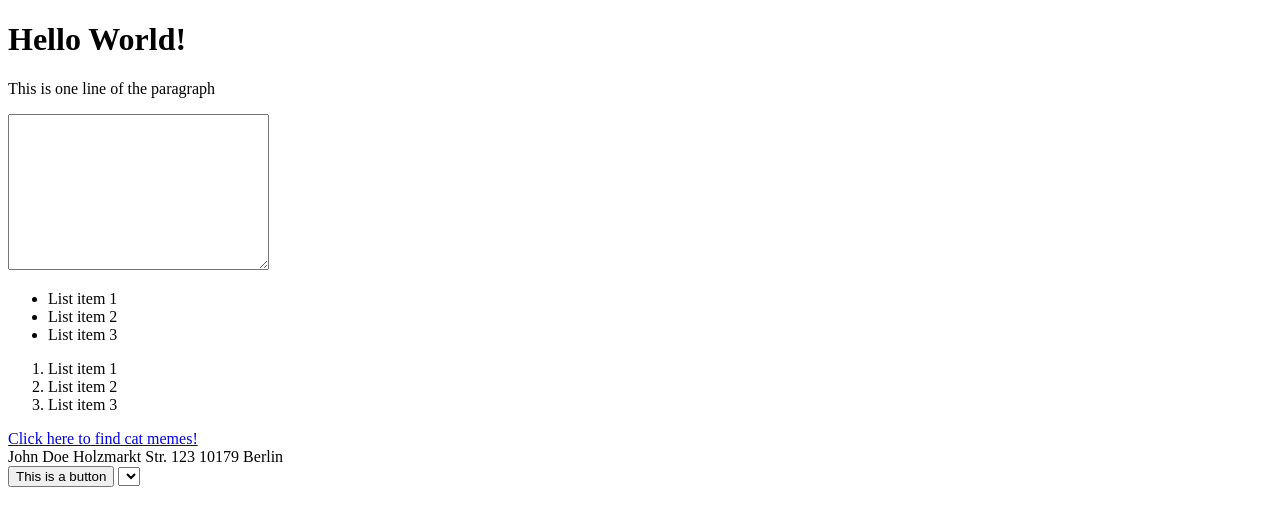
Repository: evemcd/udemy_javascript
Page: complete-javascript-course-master/02-Fundamentals-Part-2/starter/careerfoundry/index.html
An editor plug-in stored every save of this project. The page is shown before and after the next save, followed by the edit.
The browser window is 1280 px wide. The pictures show the whole page.

Above is the page before, as saved 2022-04-20 10:15:31.

After the next save:
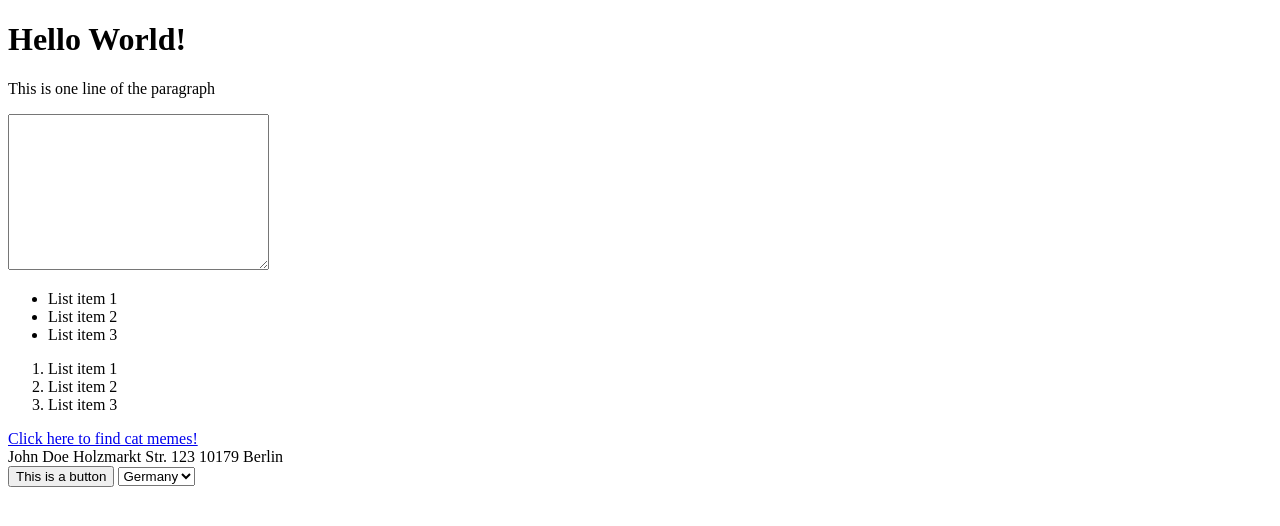
Saved 93 s later.
--- a/complete-javascript-course-master/02-Fundamentals-Part-2/starter/careerfoundry/index.html
+++ b/complete-javascript-course-master/02-Fundamentals-Part-2/starter/careerfoundry/index.html
@@ -28,7 +28,12 @@
 
     <form>
         <button>This is a button</button>
-        <select></select>
+        <select>
+            <option>Germany</option>
+            <option>France</option>
+        </select>
     </form>
+
+    <img src="" alt="">
 </body>
 </html>
